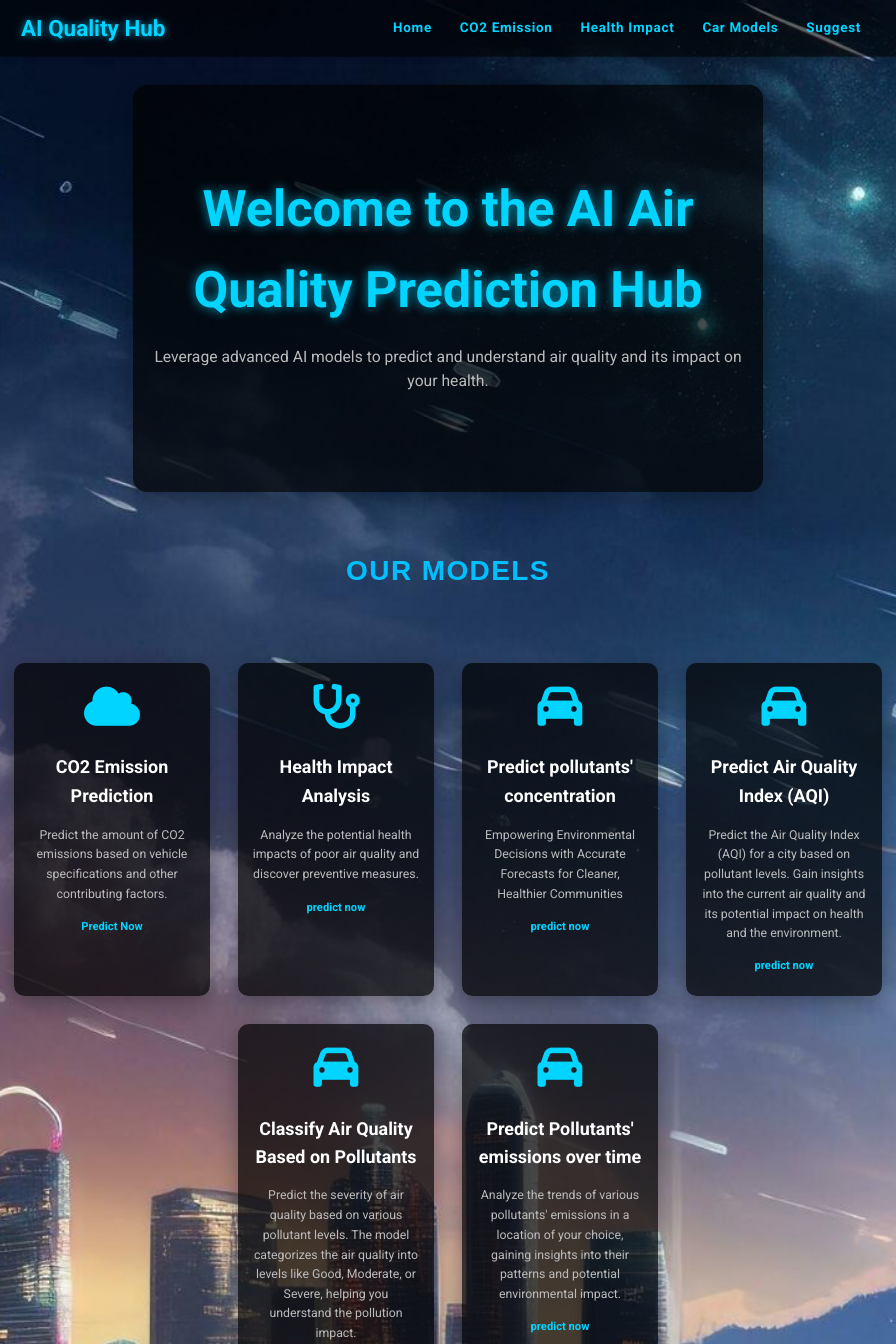
Repository: aminemnif/air-quality
Page: home/templates/home/index.html
An editor plug-in stored every save of this project. The page is shown before and after the next save, followed by the edit.
The browser window is 1280 px wide. The pictures show the part of the page from y = 0 to 1920 px (the page is 3485 px tall), at 70% of full size.
The template is drawn by Django 5.2. The application's start-up code is not run. The template is opened directly, without the code that normally fills it, so the values that code supplies are empty.

Above is the page before, as saved 2025-01-11 20:43:37.

After the next save:
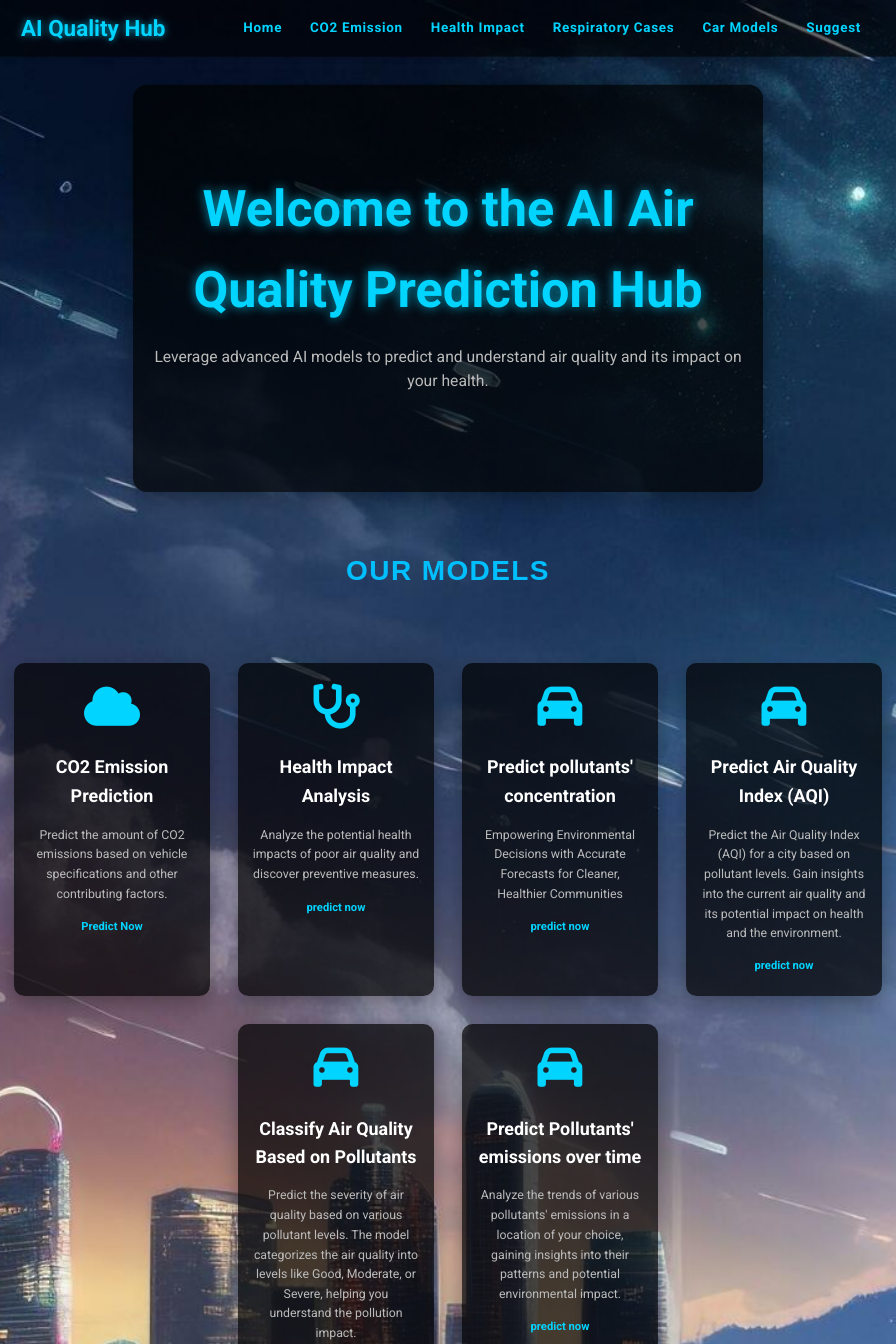
Saved 2 min 3 s later.
--- a/home/templates/home/index.html
+++ b/home/templates/home/index.html
@@ -224,6 +224,7 @@
             <li><a href="/">Home</a></li>
             <li><a href="{% url 'predict_co2' %}">CO2 Emission</a></li>
             <li><a href="/disease-prediction">Health Impact</a></li>
+            <li><a href="{% url 'predict_RS' %}">Respiratory Cases</a></li>
             <li><a href="/car-model-prediction">Car Models</a></li>
             <li><a href="/suggest-prediction">Suggest</a></li>
         </ul>
